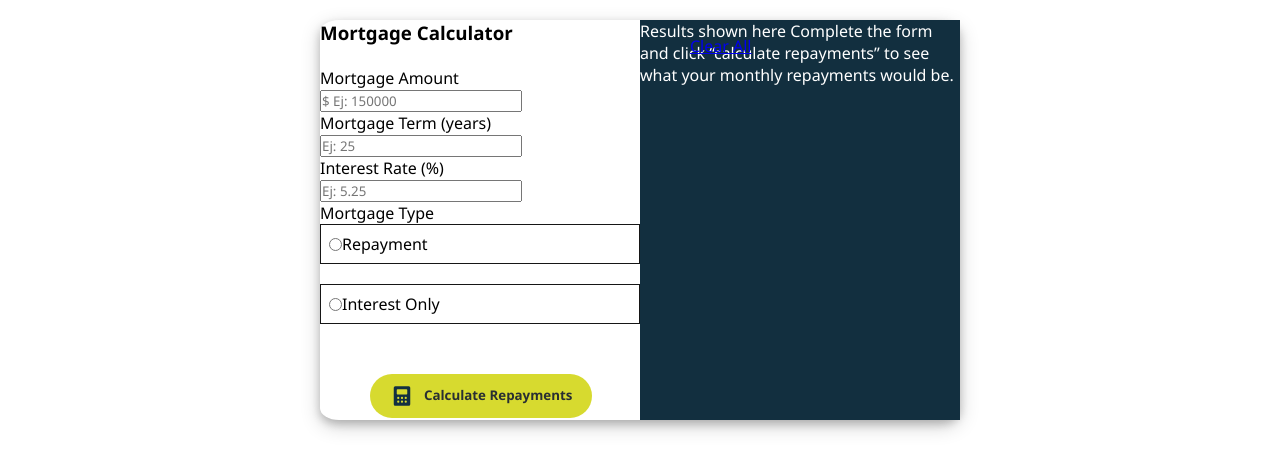
Repository: GravielPV/Mortgage-repayment-calculator
Page: index.html
These files come from the project's save history. The page is drawn as it stood at one moment and after a run of saves; the edit follows.
The browser window is 1280 px wide. The pictures show the whole page.

Above is the page before, as saved 2025-12-11 17:26:41.

### index.html
<!DOCTYPE html>
<html lang="en">
<head>
  <meta charset="UTF-8">
  <meta name="viewport" content="width=device-width, initial-scale=1.0"> <!-- displays site properly based on user's device -->

  <link rel="icon" type="image/png" sizes="32x32" href="./assets/images/favicon-32x32.png">
  <link rel="stylesheet" href="styles.css">
  <title>Frontend Mentor | Mortgage repayment calculator</title>


</head>
<body>
  <div class="carta">



  <div class="lado-izquierdo">

    <div class="header-form">
      <h3>Mortgage Calculator</h3>
      <a href="#" id="clear-all">Clear All</a>
    </div>

    <form id="mortgage-form">

      <!-- Mortgage Amount -->
      <div class="campo">
        <label for="input-mortgage">Mortgage Amount</label>
        <input
          type="number"
          id="input-mortgage"
          name="mortgage"
          placeholder="$ Ej: 150000">
      </div>

      <!-- Mortgage Term & Interest Rate -->
      <div class="grupo-doble">
        <div class="campo">
          <label for="input-term">Mortgage Term (years)</label>
          <input
            type="number"
            id="input-term"
            name="term"
            placeholder="Ej: 25">
        </div>

        <div class="campo">
          <label for="input-interest">Interest Rate (%)</label>
          <input
            type="number"
            step="0.01"
            id="input-interest"
            name="interest"
            placeholder="Ej: 5.25">
        </div>
      </div>

      <!-- Mortgage Type -->
      <div class="campo">
        <label>Mortgage Type</label>

        <div class="radios">
          <label class="radio arriba">
            <input type="radio" name="mortgage-type" value="repayment">
            Repayment
          </label>

          <label class="radio abajo">
            <input type="radio" name="mortgage-type" value="interest-only">
            Interest Only
          </label>
        </div>
      </div>

      <!-- Botón -->
      <div class="boton">

        <button type="submit" > <img src="assets/images/icon-calculator.svg" alt="calculadora icon">Calculate Repayments</button>
      </div>

    </form>

  </div>




  <!-- Empty results start -->

  <div class="derecho">

  Results shown here

  Complete the form and click “calculate repayments” to see what
  your monthly repayments would be.
  </div>

  <!-- Empty results end -->

  <!-- Completed results start -->

  <div class="resultado">
  Your results

  Your results are shown below based on the information you provided.
  To adjust the results, edit the form and click “calculate repayments” again.

  Your monthly repayments

  Total you'll repay over the term
  </div>

</div>

<!-- Completed results end -->

</body>
</html>

### styles.css
* {
    box-sizing: border-box;
    margin: 0;
    padding: 0;
    font-family: 'Segoe UI', Tahoma, Geneva, Verdana, sans-serif;
}
body{
    background-color: hsl(0, 0%, 100%);
}


.carta{
    width: 50%;
    height: 400px;
display: flex;
margin: 20px auto;
border-radius: 3%;
 overflow: visible;
 justify-content: space-between;
box-shadow: 0 4px 8px 0 rgba(0, 0, 0, 0.2), 0 6px 20px 0 rgba(0, 0, 0, 0.19);

}



.lado-izquierdo{
     width: 50%;
    display: flex;
    flex-direction: column;
}

.derecho{
    width: 50%;

    background-color: hsl(202, 55%, 16%);
    color: white;
}

.resultado{
    display: none;
}

a{
   position: relative;
    top: -10px;
    left: 370px;

    }

    button{
        position: relative;
        top: 50px;
        left: 50px;
        padding: 10px 20px;
        background-color: hsl(61, 70%, 52%);
        border: none;
        color: hsl(200, 10%, 18%);
        border-radius: 25px;
        cursor: pointer;
        font-weight: bold;
    }

    button img{
        margin-right: 10px;
        vertical-align: middle;
    }

    .radio{
        display: flex;
        align-items: center;
        margin: auto;
        border: 1px solid rgb(22, 22, 22);
        padding: 8px;
        width: 320px;;
    }
    .arriba{
        margin-bottom: 20px;
        border: 1px solid rgb(22, 22, 22);
    }
    .abajo{
        margin-top: 20px;
        border: 1px solid rgb(22, 22, 22);
    }

After the next 5 saves:
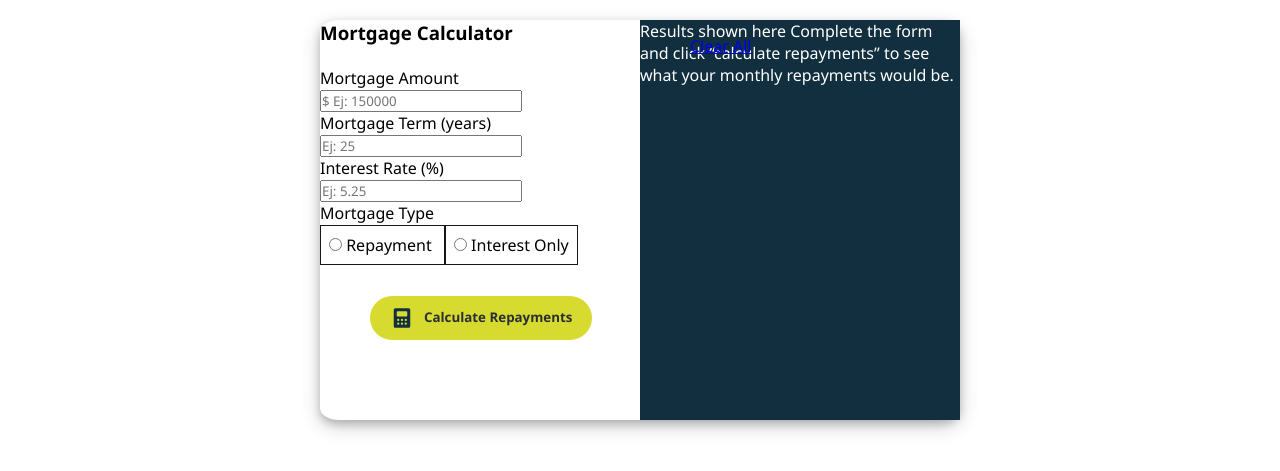
The 5 saves are shown as one change because they came seconds apart.
The last was saved 20 s later.
--- a/styles.css
+++ b/styles.css
@@ -66,9 +66,8 @@ a{
     }
 
     .radio{
-        display: flex;
-        align-items: center;
-        margin: auto;
+        position: relative;
+        top: 10px;
         border: 1px solid rgb(22, 22, 22);
         padding: 8px;
         width: 320px;;

After the 2 saves that followed:
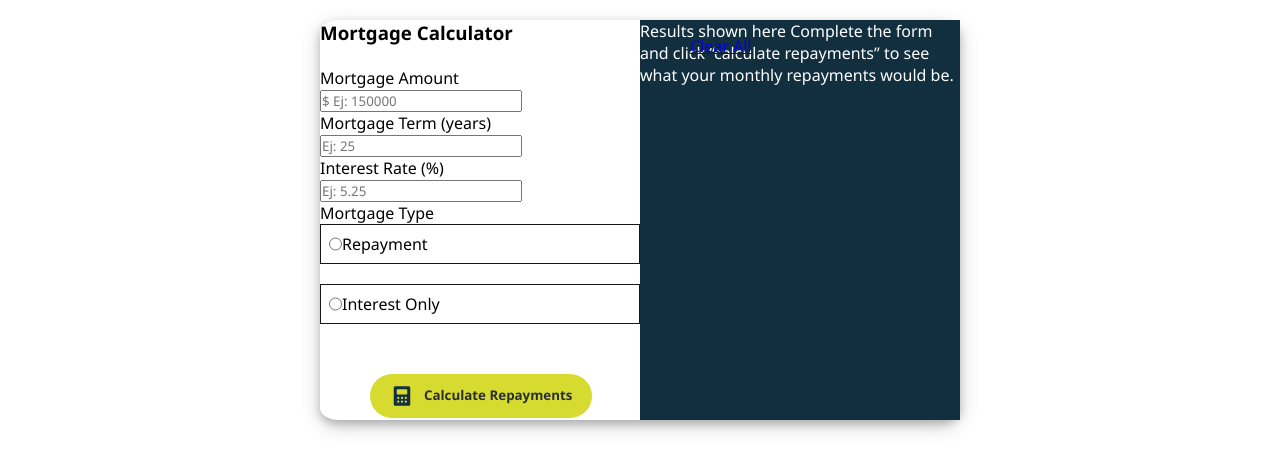
The 2 saves are shown as one change because 1 left the picture as it was.
The last was saved 12 s later.
--- a/styles.css
+++ b/styles.css
@@ -66,8 +66,8 @@ a{
     }
 
     .radio{
-        position: relative;
-        top: 10px;
+        display: flex;
+
         border: 1px solid rgb(22, 22, 22);
         padding: 8px;
         width: 320px;;
